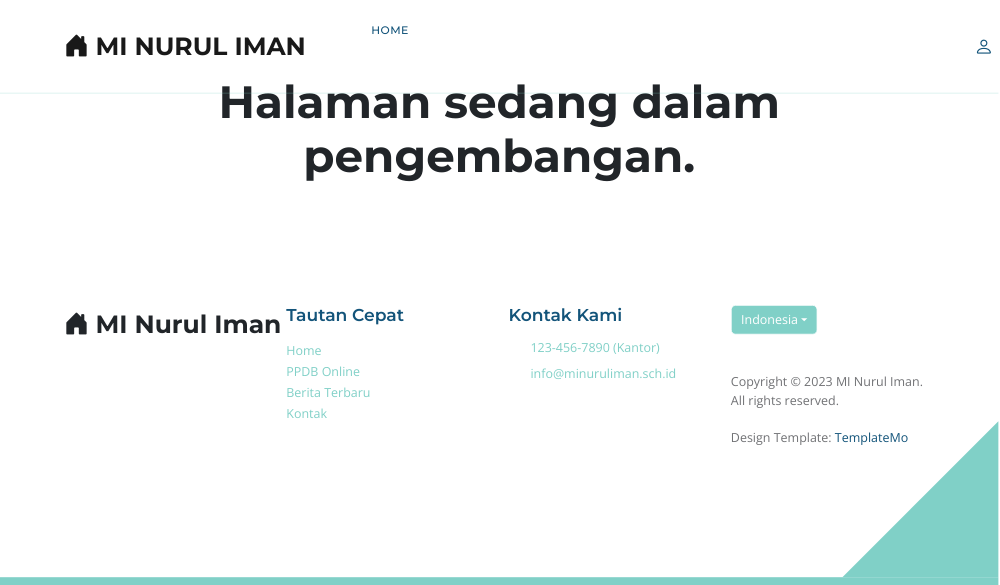
Repository: MKennyChaniago/sekolah-mi-nurul-iman
Page: http://localhost/profil/visi-misi
An editor plug-in stored every save of this project. The page is shown before and after the next save, followed by the edit.
The browser window is 1280 px wide. The page is 1282 px wide, so the pictures cover 1282 px, including what lies to the right of the window. The pictures show the whole page, at 78% of full size.
The page is served by the project's Laravel application, run on PHP 8.4 with Laravel 12. Other server files are loaded and not shown.

Above is the page before, as saved 2025-11-24 08:47:16.
Console error: TypeError: Cannot read properties of undefined (reading 'top')

### routes/web.php
<?php

use Illuminate\Support\Facades\Route;
use App\Http\Controllers\HomeController;
// Anda mungkin akan membuat Controller baru, contohnya:
// use App\Http\Controllers\ProfileController;

// --- A. ROUTE FRONTEND (MI NURUL IMAN) ---

// 1. HOME
Route::get('/', [HomeController::class, 'index'])->name('home');

// 2. PROFIL (Menggunakan grup untuk submenu)
Route::prefix('profil')->group(function () {
    Route::get('/sejarah', function () { return view('profil.sejarah'); })->name('profil.sejarah');
    Route::get('/visi-misi', function () { return view('profil.visi_misi'); })->name('profil.visi_misi');
    Route::get('/struktur-organisasi', function () { return view('profil.struktur'); })->name('profil.struktur');
});

// 3. KESISWAAN
Route::get('/kesiswaan', function () { return view('kesiswaan.index'); })->name('kesiswaan');

// 4. BERITA & ARTIKEL
// Listing Berita Utama
Route::get('/berita', function () { return view('berita.listing'); })->name('berita.listing');
// Detail Berita dengan parameter dinamis (slug)
Route::get('/berita/{slug}', function ($slug) { return view('berita.detail', compact('slug')); })->name('berita.detail');

// 5. AKADEMIK (Menggunakan grup untuk submenu)
Route::prefix('akademik')->group(function () {
    Route::get('/kurikulum', function () { return view('akademik.kurikulum'); })->name('akademik.kurikulum');
    Route::get('/guru-staff', function () { return view('akademik.guru_staff'); })->name('akademik.guru_staff');
    Route::get('/produk-hukum', function () { return view('akademik.produk_hukum'); })->name('akademik.produk_hukum');
});

// 6. GALERI
Route::get('/galeri', function () { return view('galeri.index'); })->name('galeri');

// 7. KONTAK MANDIRI (Formulir Kontak)
Route::get('/kontak', function () { return view('kontak'); })->name('kontak');


// --- B. ROUTE BACKEND (ADMIN) ---

// 8. ADMIN LOGIN
Route::get('/admin/login', function () {
    return view('admin.login');
})->name('admin.login');

### resources/views/profil/visi_misi.blade.php
@extends('layouts.frontend')
@section('title', 'Nama Halaman Disini')
@section('content')
    <div class="container py-5 mt-5">
        <h1 class="text-center">Halaman sedang dalam pengembangan.</h1>
    </div>
@endsection

### resources/views/layouts/frontend.blade.php
<!doctype html>
<html lang="id">
    <head>
        <meta charset="utf-8">
        <meta name="viewport" content="width=device-width, initial-scale=1">

        <meta name="description" content="Website Resmi Madrasah Ibtidaiyah Nurul Iman. Informasi PPDB, Kurikulum, dan Kegiatan Siswa.">
        <meta name="author" content="MI Nurul Iman Developer Team">

        <title>MI Nurul Iman | @yield('title', 'Beranda')</title>

        <link rel="preconnect" href="https://fonts.googleapis.com">
        <link rel="preconnect" href="https://fonts.gstatic.com" crossorigin>

        <link href="https://fonts.googleapis.com/css2?family=Montserrat:wght@500;600;700&family=Open+Sans&display=swap" rel="stylesheet">

        <link href="{{ asset('css/bootstrap.min.css') }}" rel="stylesheet">
        <link href="{{ asset('css/bootstrap-icons.css') }}" rel="stylesheet">
        <link href="{{ asset('css/templatemo-topic-listing.css') }}" rel="stylesheet">

        @yield('styles')
    </head>

    <body id="top">

        <main>

            <nav class="navbar navbar-expand-lg">
                <div class="container">
                    <a class="navbar-brand" href="{{ route('home') }}">
                        <i class="bi-house-door-fill"></i>
                        <span>MI NURUL IMAN</span>
                    </a>

                    <div class="d-lg-none ms-auto me-4">
                        <a href="{{ route('admin.login') }}" class="navbar-icon bi-person smoothscroll" title="Login Admin"></a>
                    </div>

                    <button class="navbar-toggler" type="button" data-bs-toggle="collapse" data-bs-target="#navbarNav" aria-controls="navbarNav" aria-expanded="false" aria-label="Toggle navigation">
                        <span class="navbar-toggler-icon"></span>
                    </button>

                    <div class="collapse navbar-collapse" id="navbarNav">
                        <ul class="navbar-nav ms-lg-5 me-lg-auto">

                            <li class="nav-item">
                                <a class="nav-link click-scroll" href="{{ route('home') }}">HOME</a>
                            </li>

                            <li class="nav-item dropdown">
                                <a class="nav-link dropdown-toggle" href="#" id="profilDropdown" role="button" data-bs-toggle="dropdown" aria-expanded="false">PROFIL</a>
                                <ul class="dropdown-menu dropdown-menu-light" aria-labelledby="profilDropdown">
                                    <li><a class="dropdown-item" href="{{ route('profil.sejarah') }}">Sejarah Madrasah</a></li>
                                    <li><a class="dropdown-item" href="{{ route('profil.visi_misi') }}">Visi & Misi</a></li>
                                    <li><a class="dropdown-item" href="{{ route('profil.struktur') }}">Struktur Organisasi</a></li>
                                </ul>
                            </li>

                            <li class="nav-item">
                                <a class="nav-link click-scroll" href="{{ route('kesiswaan') }}">KESISWAAN</a>
                            </li>

                            <li class="nav-item">
                                <a class="nav-link click-scroll" href="{{ route('berita.listing') }}">BERITA & ARTIKEL</a>
                            </li>

                            <li class="nav-item dropdown">
                                <a class="nav-link dropdown-toggle" href="#" id="akademikDropdown" role="button" data-bs-toggle="dropdown" aria-expanded="false">AKADEMIK</a>
                                <ul class="dropdown-menu dropdown-menu-light" aria-labelledby="akademikDropdown">
                                    <li><a class="dropdown-item" href="{{ route('akademik.kurikulum') }}">Kurikulum</a></li>
                                    <li><a class="dropdown-item" href="{{ route('akademik.guru_staff') }}">Guru & Staff</a></li>
                                    <li><a class="dropdown-item" href="{{ route('akademik.produk_hukum') }}">Produk Hukum</a></li>
                                </ul>
                            </li>

                            <li class="nav-item">
                                <a class="nav-link click-scroll" href="{{ route('galeri') }}">GALERI</a>
                            </li>

                            <li class="nav-item">
                                <a class="nav-link click-scroll" href="{{ route('kontak') }}">KONTAK</a>
                            </li>

                        </ul>

                        <div class="d-none d-lg-block">
                            <a href="{{ route('admin.login') }}" class="navbar-icon bi-person smoothscroll" title="Login Admin"></a>
                        </div>
                    </div>
                </div>
            </nav>
            @yield('content')


        </main>

        <footer class="site-footer section-padding">
            <div class="container">
                <div class="row">

                    <div class="col-lg-3 col-12 mb-4 pb-2">
                        <a class="navbar-brand mb-2" href="{{ route('home') }}">
                            <i class="bi-house-door-fill"></i>
                            <span>MI Nurul Iman</span>
                        </a>
                        <p class="text-white-50 mt-3">Jl. Nama Jalan Sekolah Anda, Kota Anda.</p>
                        <p class="text-white-50">Email: info@minuruliman.sch.id</p>
                    </div>

                    <div class="col-lg-3 col-md-4 col-6">
                        <h6 class="site-footer-title mb-3">Tautan Cepat</h6>
                        <ul class="site-footer-links">
                            <li class="site-footer-link-item"><a href="{{ route('home') }}" class="site-footer-link">Home</a></li>
                            <li class="site-footer-link-item"><a href="#" class="site-footer-link">PPDB Online</a></li>
                            <li class="site-footer-link-item"><a href="#berita-artikel" class="site-footer-link">Berita Terbaru</a></li>
                            <li class="site-footer-link-item"><a href="#contact-section" class="site-footer-link">Kontak</a></li>
                        </ul>
                    </div>

                    <div class="col-lg-3 col-md-4 col-6 mb-4 mb-lg-0">
                        <h6 class="site-footer-title mb-3">Kontak Kami</h6>
                        <p class="text-white d-flex mb-1">
                            <i class="bi-telephone me-2"></i>
                            <a href="tel: 123-456-7890" class="site-footer-link">123-456-7890 (Kantor)</a>
                        </p>
                        <p class="text-white d-flex">
                            <i class="bi-envelope me-2"></i>
                            <a href="mailto:info@minuruliman.sch.id" class="site-footer-link">info@minuruliman.sch.id</a>
                        </p>
                    </div>

                    <div class="col-lg-3 col-md-4 col-12 mt-4 mt-lg-0 ms-auto">
                        <div class="dropdown">
                            <button class="btn btn-secondary dropdown-toggle" type="button" data-bs-toggle="dropdown" aria-expanded="false">
                            Indonesia</button>
                            <ul class="dropdown-menu">
                                <li><button class="dropdown-item" type="button">English</button></li>
                            </ul>
                        </div>

                        <p class="copyright-text mt-lg-5 mt-4">Copyright © {{ date('Y') }} MI Nurul Iman. All rights reserved.
                        <br><br>Design Template: <a rel="nofollow" href="https://templatemo.com" target="_blank">TemplateMo</a></p>

                    </div>

                </div>
            </div>
        </footer>


        <script src="{{ asset('js/jquery.min.js') }}"></script>
        <script src="{{ asset('js/bootstrap.bundle.min.js') }}"></script>
        <script src="{{ asset('js/jquery.sticky.js') }}"></script>
        <script src="{{ asset('js/click-scroll.js') }}"></script>
        <script src="{{ asset('js/custom.js') }}"></script>

        @yield('scripts')
    </body>
</html>

Loaded but not shown: public/css/bootstrap.min.css (library); public/css/bootstrap-icons.css (library); public/js/jquery.min.js (library); public/js/bootstrap.bundle.min.js (library); public/js/jquery.sticky.js (library); public/js/custom.js (51 lines, source omitted); public/js/click-scroll.js (37 lines, source omitted); public/css/templatemo-topic-listing.css (1154 lines, source omitted)

After the next save:
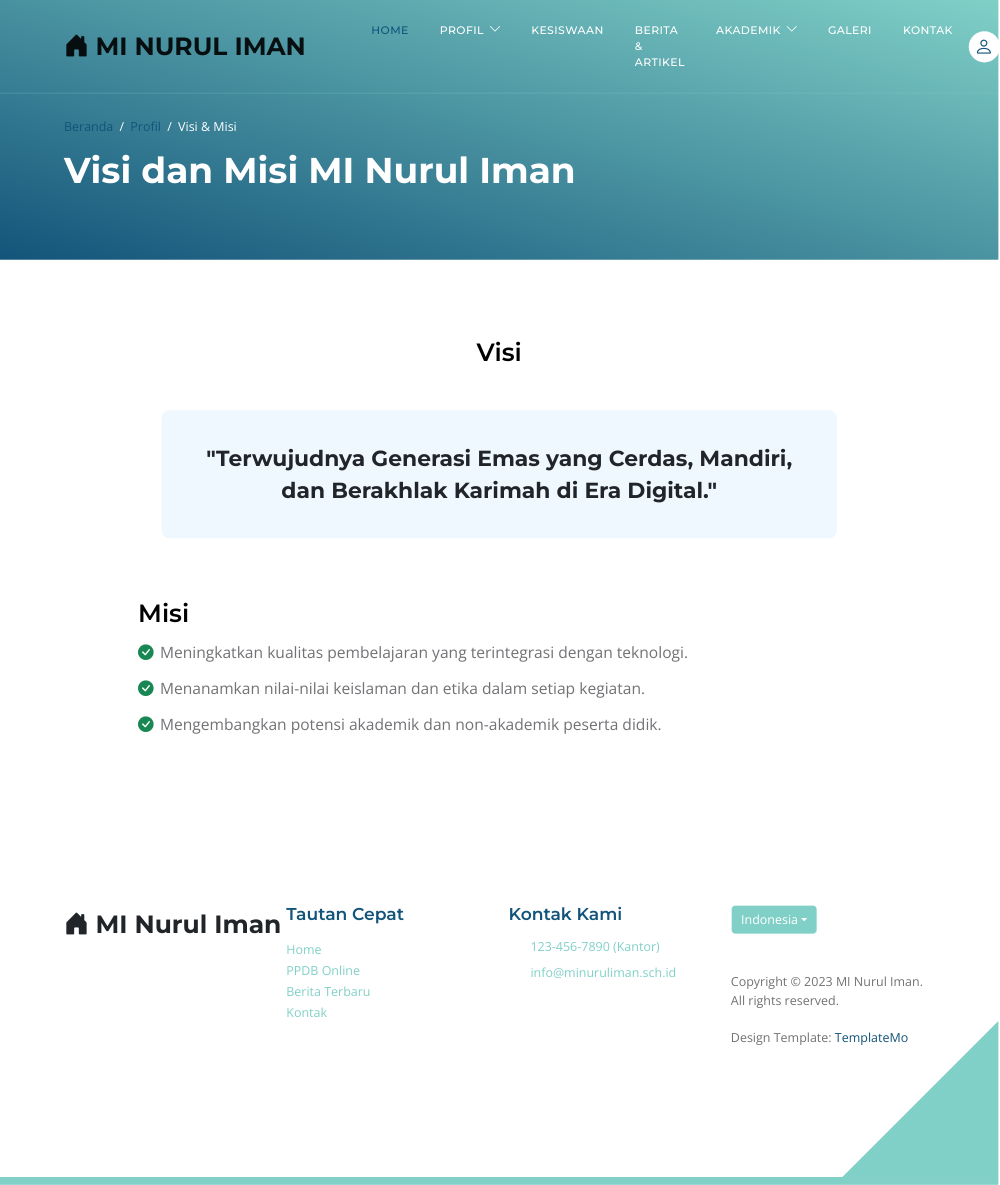
Saved 45 s later.
--- a/resources/views/profil/visi_misi.blade.php
+++ b/resources/views/profil/visi_misi.blade.php
@@ -1,7 +1,43 @@
 @extends('layouts.frontend')
-@section('title', 'Nama Halaman Disini')
+
+@section('title', 'Visi & Misi')
+
 @section('content')
-    <div class="container py-5 mt-5">
-        <h1 class="text-center">Halaman sedang dalam pengembangan.</h1>
-    </div>
+    <header class="site-header d-flex flex-column justify-content-center align-items-center">
+        <div class="container">
+            <div class="row align-items-center">
+                <div class="col-lg-8 col-12">
+                    <nav aria-label="breadcrumb">
+                        <ol class="breadcrumb">
+                            <li class="breadcrumb-item"><a href="{{ route('home') }}">Beranda</a></li>
+                            <li class="breadcrumb-item"><a href="#">Profil</a></li>
+                            <li class="breadcrumb-item active" aria-current="page">Visi & Misi</li>
+                        </ol>
+                    </nav>
+                    <h2 class="text-white">Visi dan Misi MI Nurul Iman</h2>
+                </div>
+            </div>
+        </div>
+    </header>
+
+    <section class="section-padding">
+        <div class="container">
+            <div class="row">
+                <div class="col-lg-10 col-12 mx-auto">
+
+                    <h3 class="mb-4 text-center">Visi</h3>
+                    <blockquote class="text-center">
+                        "Terwujudnya Generasi Emas yang Cerdas, Mandiri, dan Berakhlak Karimah di Era Digital."
+                    </blockquote>
+
+                    <h3 class="mb-3 mt-5">Misi</h3>
+                    <ul class="list-unstyled">
+                        <li class="mb-3"><i class="bi-check-circle-fill me-2 text-success"></i>Meningkatkan kualitas pembelajaran yang terintegrasi dengan teknologi.</li>
+                        <li class="mb-3"><i class="bi-check-circle-fill me-2 text-success"></i>Menanamkan nilai-nilai keislaman dan etika dalam setiap kegiatan.</li>
+                        <li class="mb-3"><i class="bi-check-circle-fill me-2 text-success"></i>Mengembangkan potensi akademik dan non-akademik peserta didik.</li>
+                    </ul>
+                </div>
+            </div>
+        </div>
+    </section>
 @endsection
